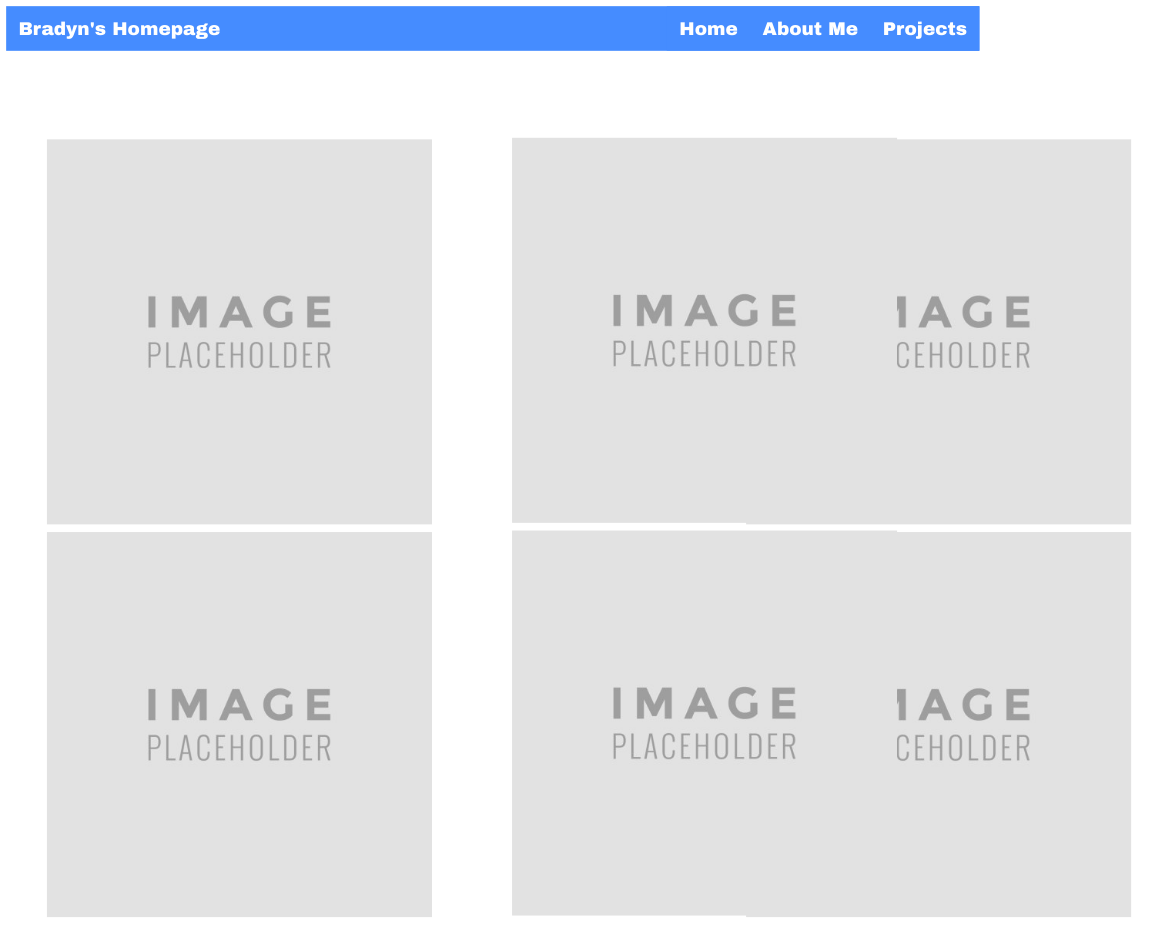
Repository: br4y/br4y.github.io
Page: index.html
The author's editor kept a record of every edit. The page is drawn from the files as they stood at one moment, then again after the next edit.
The browser window is 1280 px wide. The page is 1522 px wide, so the pictures cover 1522 px, including what lies to the right of the window. The pictures show the whole page, at 77% of full size.

Above is the page before.

After the next edit:
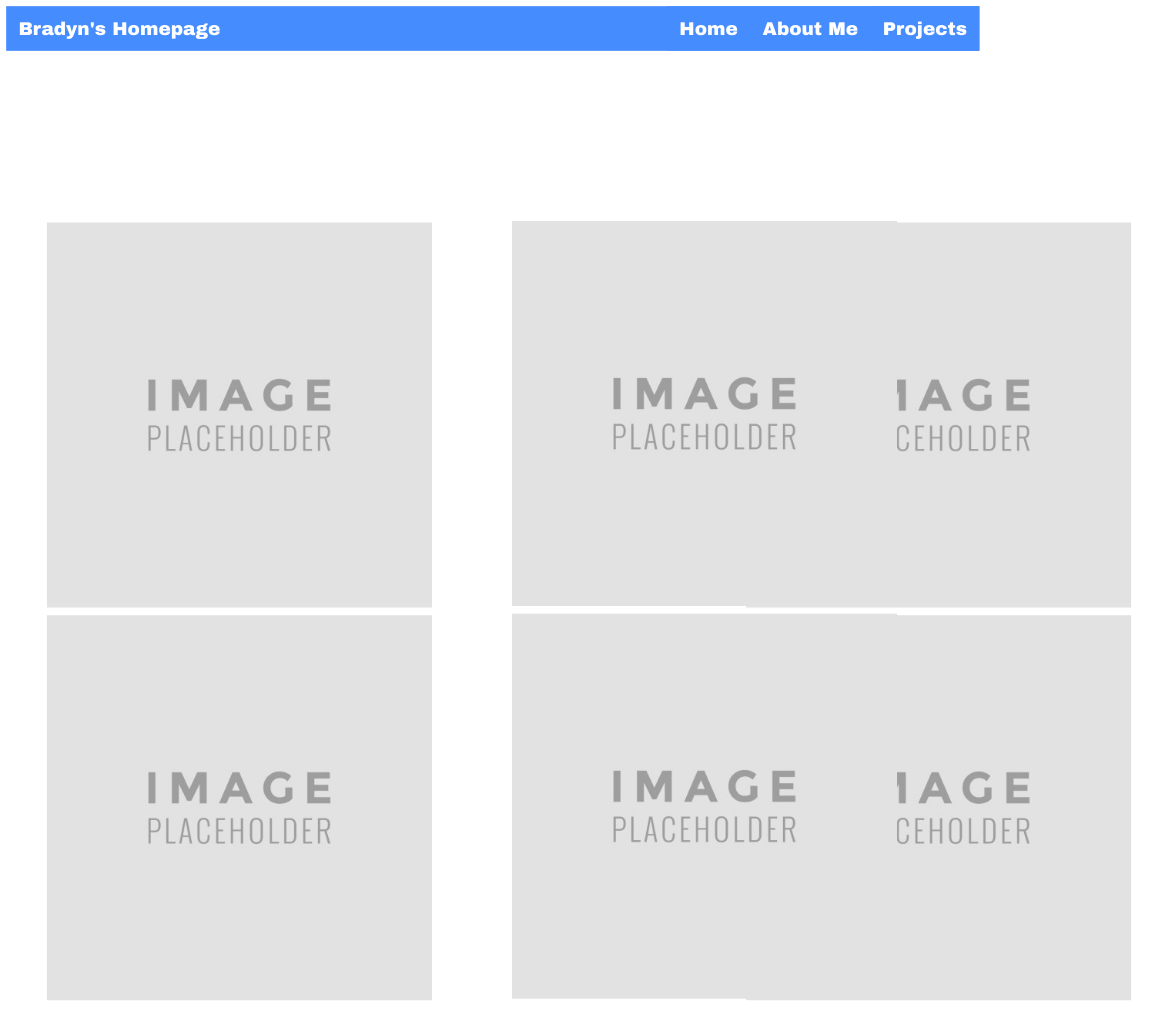
The edit:
--- a/index.html
+++ b/index.html
@@ -36,8 +36,12 @@
                 <td><img class="column2" src="images/placeholder.jpg"></img></td>
                 <td><img class="column3" src="images/placeholder.jpg"></img></td>
             <tr class="spacerow">
-
-            </tr>
+                <br>
+                <br>
+                <br>
+                <br>
+                <br>
+                <br>
             </tr>
             <tr class="row3">
                 <td><img class="column1" src="images/placeholder.jpg"></img></td>
